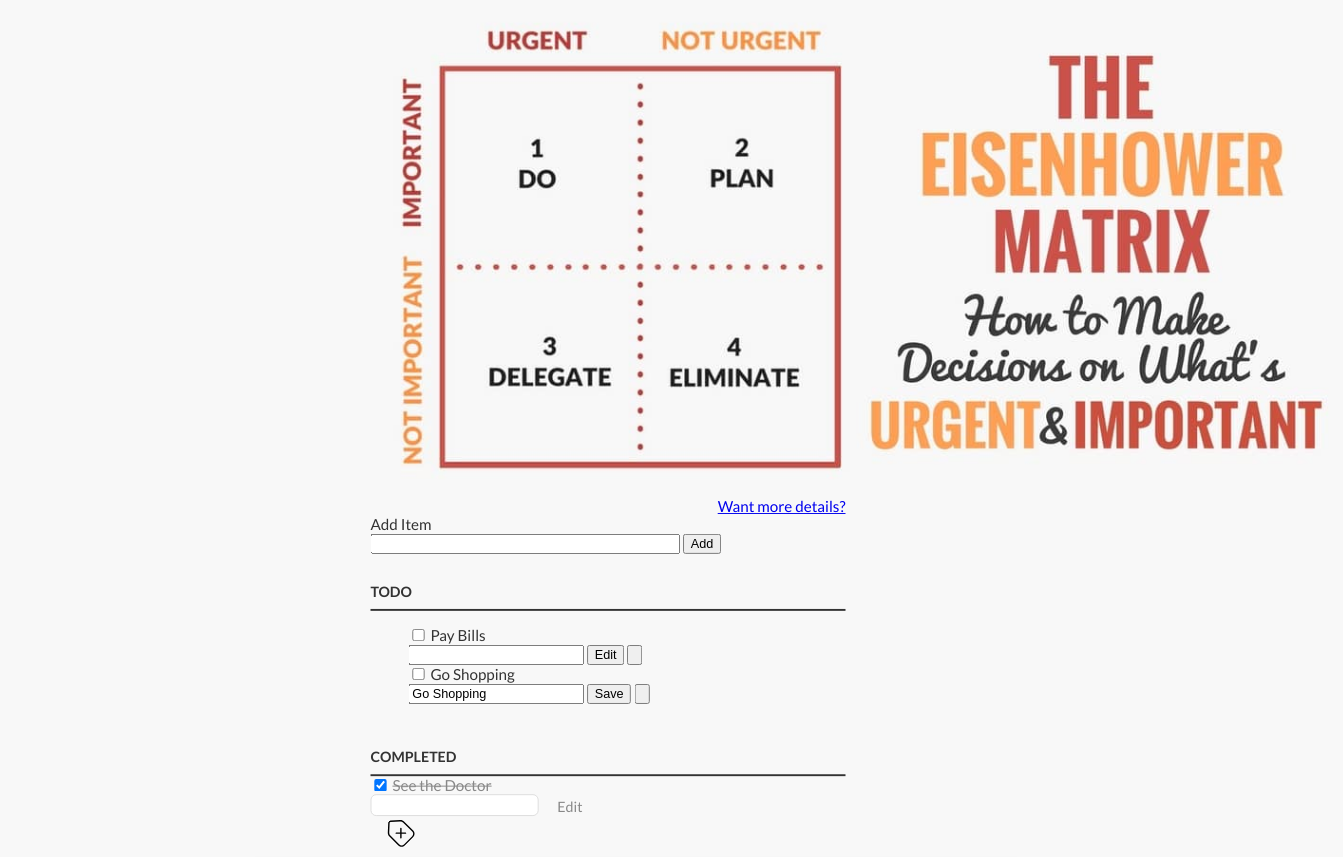
Repository: dev1siWoo/clean-code-s1e1
Page: index.html
An editor plug-in stored every save of this project. The page is shown before and after the next save, followed by the edit.
The browser window is 1280 px wide. The page is 1414 px wide, so the pictures cover 1414 px, including what lies to the right of the window. The pictures show the whole page, at 95% of full size.

Above is the page before, as saved 2024-01-08 23:17:30.
Console error: TypeError: Cannot set properties of null (setting 'onclick')

### index.html
<!DOCTYPE html>
<html>
    <head>
        <title>Todo App</title>
        <link
            href="https://fonts.googleapis.com/css?family=Lato:300,400,700"
            rel="stylesheet"
        >
        <link
            rel="stylesheet"
            href="style.css"
            media="screen"
            charset="utf-8"
        >
    </head>
    <body class="page">
        <header class="header">
            <img class="header_logo" src="./eisenhower-matrix.jpg" alt="eisenhower-matrix">
            <a class="header_info" href="https://goal-life.com/page/method/matrix-eisenhower">Want more details?</a>
        </header>
        <main class="main">
            <section id="adding-section">
                <label class="add-section_subtitle" for="new-task">Add Item</label>
                <div class="add-section_task-wrapper">
                    <input id="new-task" class="task_input task_input_add" type="text">
                    <button class="task_button task_button_add">Add</button>
                </div>
            </section>
            <h2 class="subtitle">Todo</h2>
            <ul id="incomplete-tasks" class="task-list">
                <li class="task">
                    <input class="task_mark" type="checkbox">
                    <label class="task_title">Pay Bills</label>
                    <input type="text" class="task_input task_input_edit">
                    <button class="task_button task_button_edit">Edit</button>
                    <button class="task_button task_button_delete">
                        <img class="button_img" src="./remove.svg" alt="delete button">
                    </button>
                </li>
                <li class="task task_edit">
                    <input class="task_mark" type="checkbox">
                    <label class="task_title">Go Shopping</label>
                    <input type="text" value="Go Shopping" class="task_input task_input_edit">
                    <button class="task_button task_button_edit">Save</button>
                    <button class="task_button task_button_delete">
                        <img class="button_img" src="./remove.svg" alt="delete button">
                    </button>
                </li>
            </ul>
            <h2 class="subtitle">Completed</h2>
            <ul id="completed-tasks" class="list">
                <li class="task">
                    <input class="input" type="checkbox" checked>
                    <label class="label task">See the Doctor</label>
                    <input type="text" class="input task">
                    <button class="button edit">Edit</button>
                    <button class="button delete">
                        <img class="delete-img" src="./remove.svg" alt="delete button">
                    </button>
                </li>
            </ul>
        </main>
        <script src="app.js"></script>
    </body>
</html>

### style.css
/* Basic Style */
.page {
  background-color: #f8f8f8;
  color: #333;
  font-family: Lato, sans-serif;
}

.header {
  width: 500px;
  margin: 0 auto;
  display: block;
  text-align: right;
}

.header-img {
  width: 100%;
}

.header .link {
  font-family: fantasy, cursive;
}

@media (max-width: 768px) {
  .header {
    text-align: center;
  }
}

.main {
  display: block;
  width: 500px;
  margin: 0 auto 0;
}

.task {
  width: 56%;
  display: inline-block;
  flex-grow: 1;
}

.adding-wrapper {
  display: flex;
}

.list {
  margin: 0;
  padding: 0px;
}

.list-item,
.subtitle {
  list-style: none;
}

.input,
.button{
  outline: none;
}

.button {
  background: none;
  border: 0px;
  color: #888;
  font-size: 15px;
  width: 60px;
  font-family: Lato, sans-serif;
  cursor: pointer;
}

.button:hover {
  color: #3a3a3a;
}

/* Heading */
.subtitle,
.label[for="new-task"] {
  color: #333;
  font-weight: 700;
  font-size: 15px;
  border-bottom: 2px solid #333;
  padding: 30px 0 10px;
  margin: 0;
  text-transform: uppercase;
}

.input[type="text"] {
  margin: 0;
  font-size: 18px;
  line-height: 18px;
  height: 21px;
  padding: 0 9px;
  border: 1px solid #ddd;
  background: #fff;
  border-radius: 6px;
  font-family: Lato, sans-serif;
  color: #888;
}

.input[type="text"]:focus {
  color: #333;
}

/* New Task */
.label[for="new-task"] {
  display: block;
  margin: 0 0 20px;
}

#new-task {
  width: 318px;
}

/* Task list */
.list-item {
  overflow: hidden;
  padding: 20px 0;
  border-bottom: 1px solid #eee;
  display: flex;
  justify-content: space-between;
  align-items: center;
}

.list-item > * {
  vertical-align: middle;
}

.list-item > .input[type="checkbox"] {
  margin: 0 10px;
}

.list-item > .label {
  padding-left: 10px;
  box-sizing: border-box;
  font-size: 18px;
  width: 226px;
}

.list-item >    .input[type="text"] {
  width: 226px;
}

.delete-img {
  height: 2em;
  transform: rotateZ(45deg);
  transition: transform 200ms ease-in;
}

.delete-img:hover {
  transform: rotateZ(0);
}

/* Completed */
#completed-tasks .label {
  text-decoration: line-through;
  color: #888;
}

/* Edit Task */
.list-item .input[type="text"] {
  display: none;
}

.list-item.edit-mode .input[type="text"] {
  display: inline-block;
  width: 224px;
}

.list-item.edit-mode .label {
  display: none;
}

### app.js
//Document is the DOM can be accessed in the console with document.window.
// Tree is from the top, html, body, p etc.

//Problem: User interaction does not provide the correct results.
//Solution: Add interactivity so the user can manage daily tasks.
//Break things down into smaller steps and take each step at a time.


// Event handling, user interaction is what starts the code execution.

var taskInput=document.getElementById("new-task");//Add a new task.
var addButton=document.querySelector(".task_button_add");//add button
var incompleteTaskHolder=document.getElementById("incomplete-tasks");//ul of #incomplete-tasks
var completedTasksHolder=document.getElementById("completed-tasks");//completed-tasks


//New task list item
var createNewTaskElement=function(taskString){

    var listItem=document.createElement("li");

    //input (checkbox)
    var checkBox=document.createElement("input");//checkbx
    //label
    var label=document.createElement("label");//label
    //input (text)
    var editInput=document.createElement("input");//text
    //button.edit
    var editButton=document.createElement("button");//edit button

    //button.delete
    var deleteButton=document.createElement("button");//delete button
    var deleteButtonImg=document.createElement("img");//delete button image

    listItem.className="task"

    label.innerText=taskString;
    label.className="task_title";

    //Each elements, needs appending
    checkBox.type="checkbox";
    checkBox.className="task_mark";
    editInput.type="text";
    editInput.className="task_input task_input_edit";

    editButton.innerText="Edit"; //innerText encodes special characters, HTML does not.
    editButton.className="task_button task_button_edit";

    deleteButton.className="task_button task_button_delete";
    deleteButtonImg.src='./remove.svg';
    deleteButtonImg.className="button_img";
    deleteButtonImg.setAttribute('alt', 'delete button');
    deleteButton.appendChild(deleteButtonImg);


    //and appending.
    listItem.appendChild(checkBox);
    listItem.appendChild(label);
    listItem.appendChild(editInput);
    listItem.appendChild(editButton);
    listItem.appendChild(deleteButton);
    return listItem;
}



var addTask=function(){
    console.log("Add Task...");
    //Create a new list item with the text from the #new-task:
    if (!taskInput.value) return;
    var listItem=createNewTaskElement(taskInput.value);

    //Append listItem to incompleteTaskHolder
    incompleteTaskHolder.appendChild(listItem);
    bindTaskEvents(listItem, taskCompleted);

    taskInput.value="";

}

//Edit an existing task.

var editTask=function(){
    console.log("Edit Task...");
    console.log("Change 'edit' to 'save'");


    var listItem=this.parentNode;

    var editInput=listItem.querySelector('.task_input_edit');
    var label=listItem.querySelector(".task_title");
    var editBtn=listItem.querySelector(".task_button_edit");
    var containsClass=listItem.classList.contains("task_edit");
    //If class of the parent is .task_edit
    if(containsClass){

        //switch to .task_edit
        //label becomes the inputs value.
        label.innerText=editInput.value;
        editBtn.innerText="Edit";
    }else{
        editInput.value=label.innerText;
        editBtn.innerText="Save";
    }

    //toggle .task_edit on the parent.
    listItem.classList.toggle("task_edit");
};


//Delete task.
var deleteTask=function(){
    console.log("Delete Task...");

    var listItem=this.parentNode;
    var ul=listItem.parentNode;
    //Remove the parent list item from the ul.
    ul.removeChild(listItem);

}


//Mark task completed
var taskCompleted=function(){
    console.log("Complete Task...");

    //Append the task list item to the #completed-tasks
    var listItem=this.parentNode;
    completedTasksHolder.appendChild(listItem);
    bindTaskEvents(listItem, taskIncomplete);

}


var taskIncomplete=function(){
    console.log("Incomplete Task...");
//Mark task as incomplete.
    //When the checkbox is unchecked
    //Append the task list item to the #incomplete-tasks.
    var listItem=this.parentNode;
    incompleteTaskHolder.appendChild(listItem);
    bindTaskEvents(listItem,taskCompleted);
}



var ajaxRequest=function(){
    console.log("AJAX Request");
}

//The glue to hold it all together.


//Set the click handler to the addTask function.
addButton.onclick=addTask;
addButton.addEventListener("click",addTask);
addButton.addEventListener("click",ajaxRequest);


var bindTaskEvents=function(taskListItem,checkBoxEventHandler){
    console.log("bind list item events");
//select ListItems children
    var checkBox=taskListItem.querySelector(".task_mark");
    var editButton=taskListItem.querySelector(".task_button_edit");
    var deleteButton=taskListItem.querySelector(".task_button_delete");


    //Bind editTask to edit button.
    editButton.onclick=editTask;
    //Bind deleteTask to delete button.
    deleteButton.onclick=deleteTask;
    //Bind taskCompleted to checkBoxEventHandler.
    checkBox.onchange=checkBoxEventHandler;
}

//cycle over incompleteTaskHolder ul list items
//for each list item
for (var i=0; i<incompleteTaskHolder.children.length;i++){

    //bind events to list items chldren(tasksCompleted)
    bindTaskEvents(incompleteTaskHolder.children[i],taskCompleted);
}




//cycle over completedTasksHolder ul list items
for (var i=0; i<completedTasksHolder.children.length;i++){
    //bind events to list items chldren(tasksIncompleted)
    bindTaskEvents(completedTasksHolder.children[i],taskIncomplete);
}




// Issues with usability don't get seen until they are in front of a human tester.

//prevent creation of empty tasks.

//Change edit to save when you are in edit mode.

After the next save:
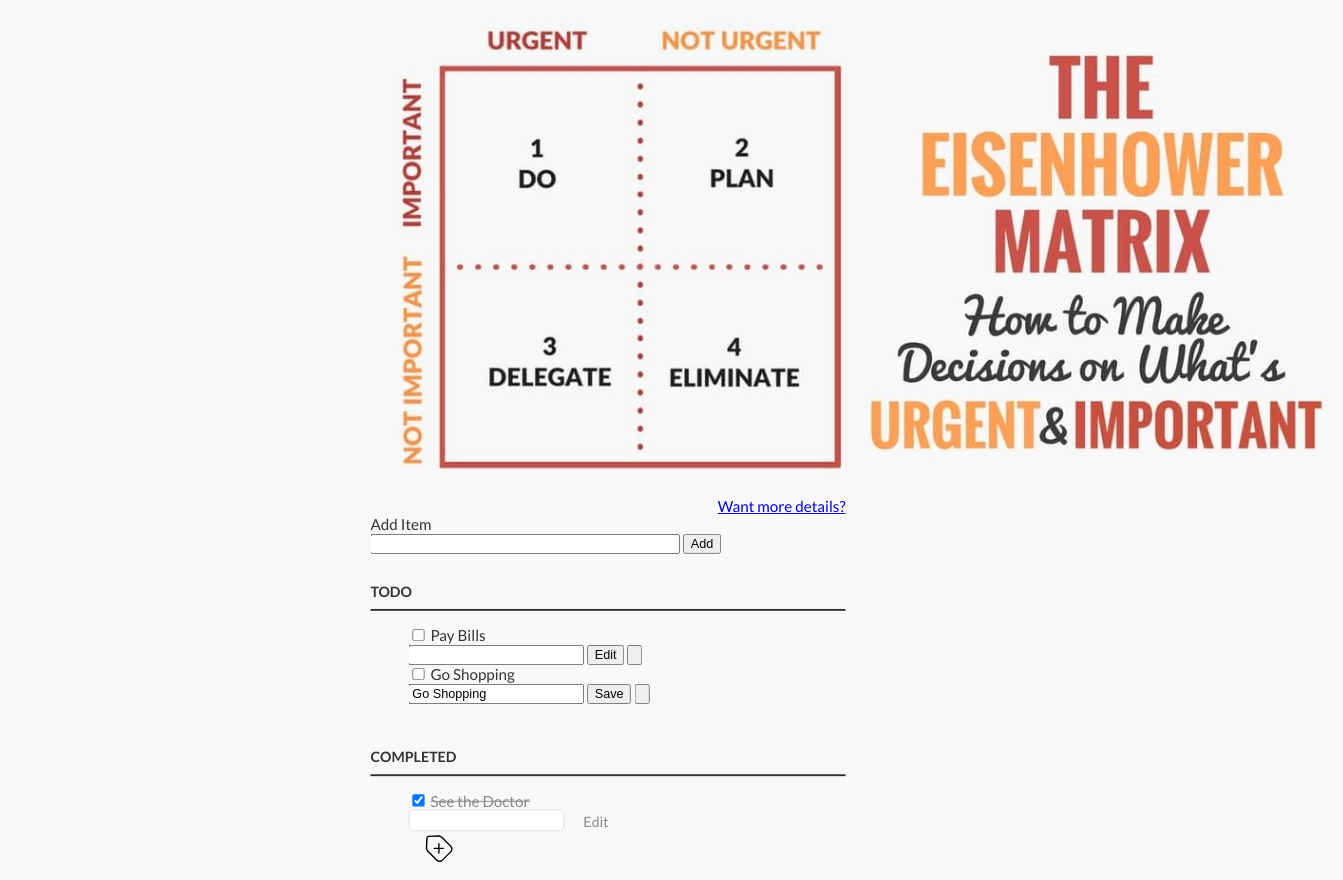
Saved 9 s later.
--- a/index.html
+++ b/index.html
@@ -48,7 +48,7 @@
                 </li>
             </ul>
             <h2 class="subtitle">Completed</h2>
-            <ul id="completed-tasks" class="list">
+            <ul id="completed-tasks" class="task-list">
                 <li class="task">
                     <input class="input" type="checkbox" checked>
                     <label class="label task">See the Doctor</label>
